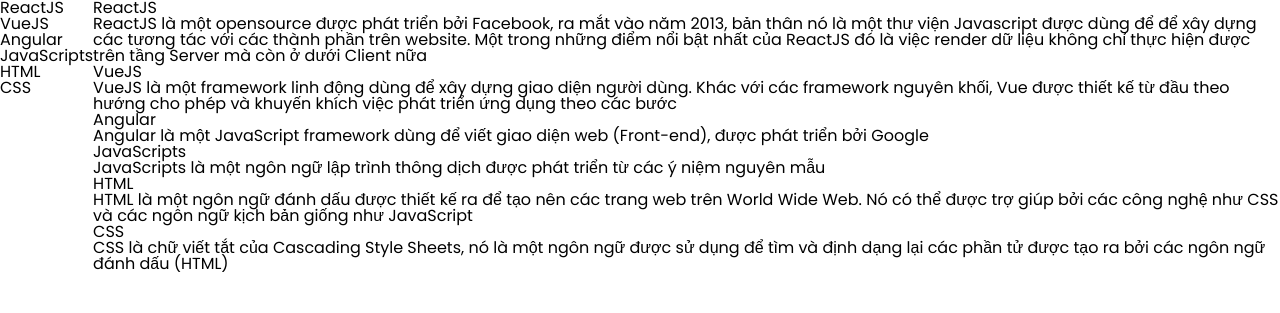
Repository: HoangLong0210/TabsUI
Page: index.html
These files come from the project's save history. The page is drawn as it stood at one moment and after the next save; the edit follows.
The browser window is 1280 px wide. The pictures show the whole page.

Above is the page before, as saved 2022-05-16 11:07:07.

After the next save:
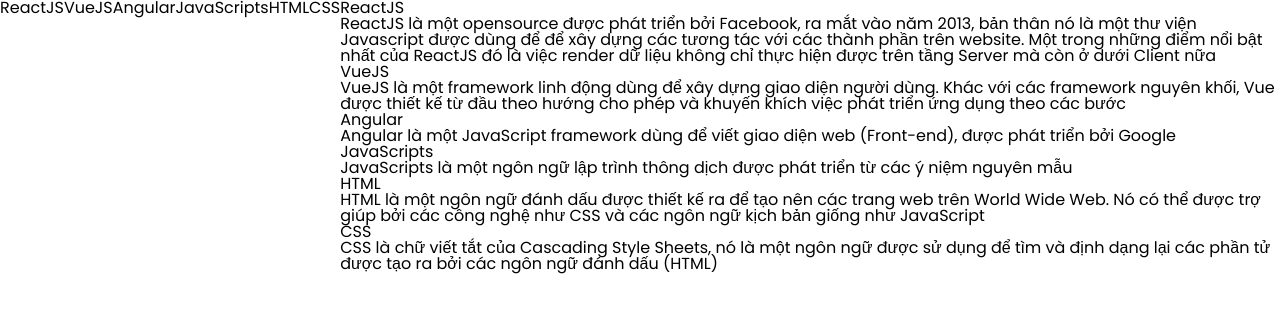
Saved 88 s later.
--- a/style.css
+++ b/style.css
@@ -13,3 +13,8 @@
     font-family: 'Poppins', sans-serif;
     font-size: 1.6rem;
 }
+
+.tabs {
+    display: flex;
+    position: relative;
+}
